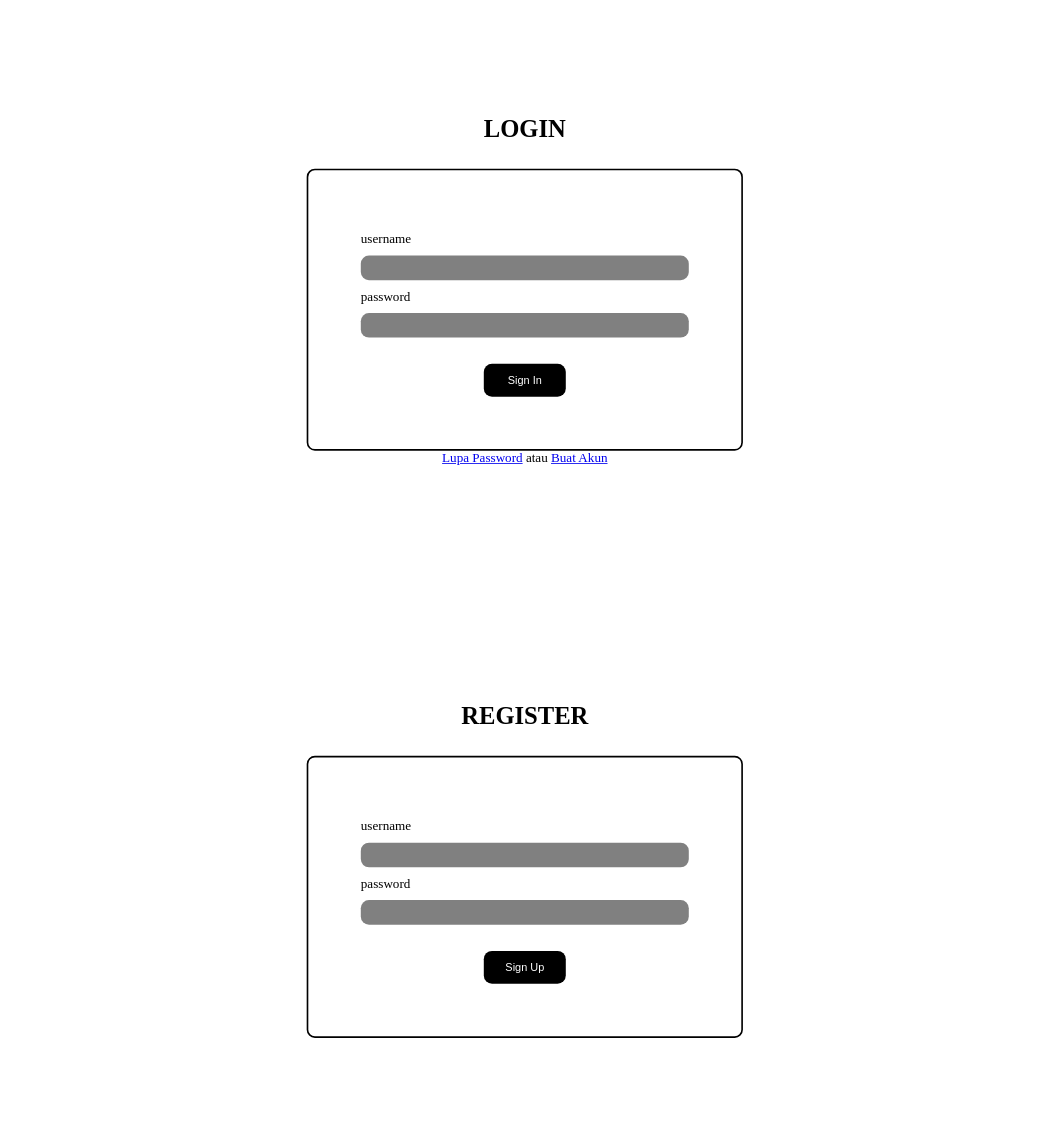
Repository: askan-ken/SMK-Telkom
Page: index.html
An editor plug-in stored every save of this project. The page is shown before and after a run of saves, followed by the edit.
The browser window is 1280 px wide. The pictures show the part of the page from y = 868 to 2262 px (the page is 2262 px tall before and 1546 px after), at 82% of full size.
A picture or video elsewhere on the page could not be fetched, so the positions and the page height are approximate. Some web fonts or font styles are not loaded; a fallback is used.

Above is the page before, as saved 2023-02-17 20:10:39.

After the next 3 saves:
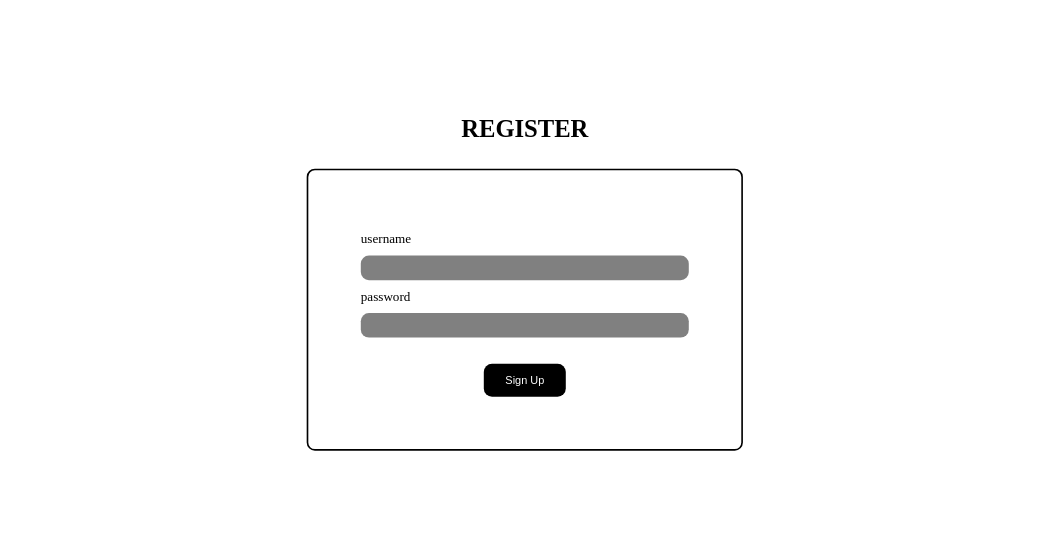
The 3 saves are shown as one change because they came seconds apart.
The last was saved 16 s later.
--- a/index.js
+++ b/index.js
@@ -67,7 +67,7 @@ if (localStorage.getItem("role") == "admin") {
   home.style.display = "block";
   logIn.style.display = "none";
 } else {
-  logIn.style.display = "block";
+  logIn.style.display = "none";
 }
 
 function onLogout() {
